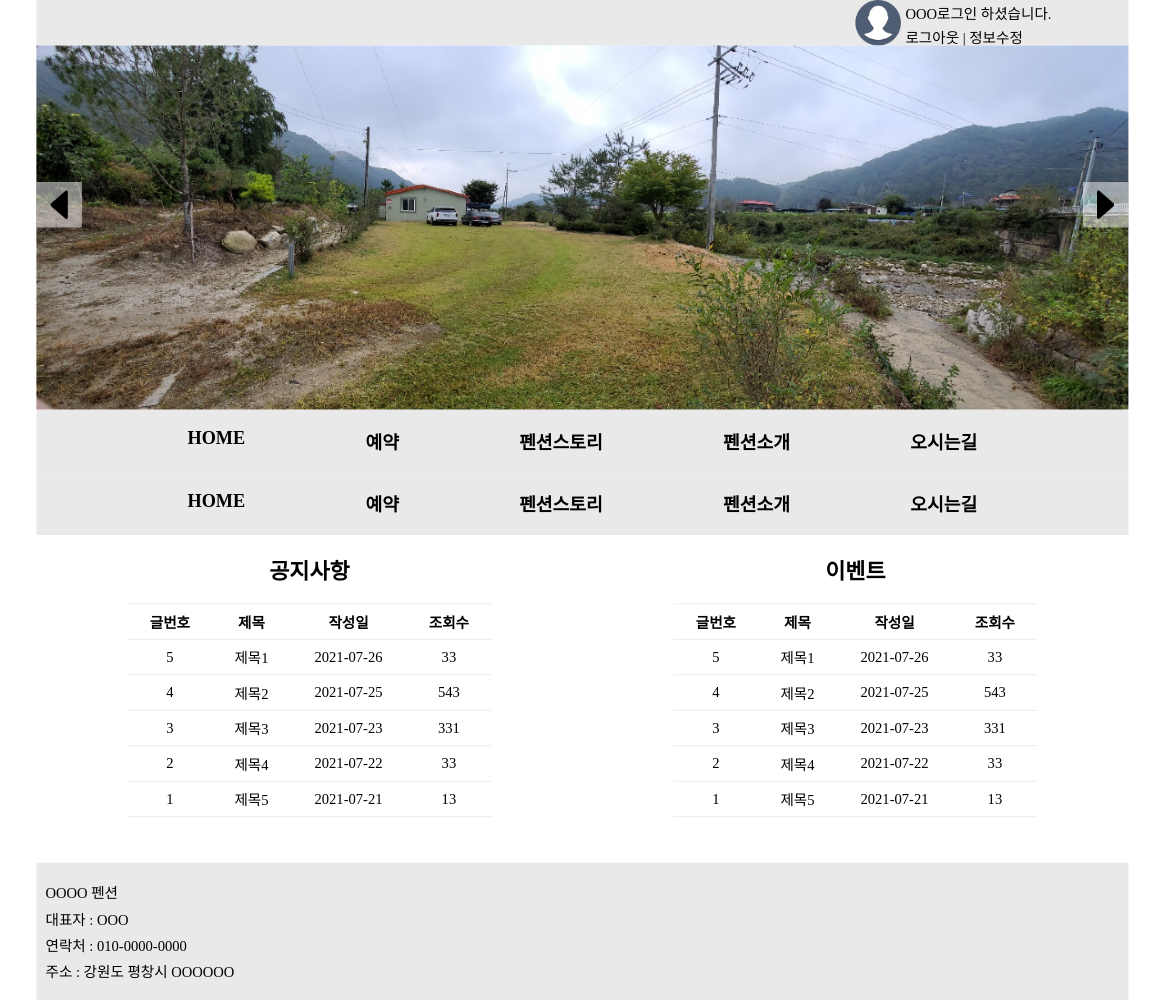
Repository: kuma2458/jsp
Page: http://localhost/step01/08_main.jsp
An editor plug-in stored every save of this project. The page is shown before and after the next save, followed by the edit.
The browser window is 1280 px wide. The pictures show the whole page, at 91% of full size.
The page is served by Tomcat 9.

Above is the page before, as saved 2023-12-21 05:08:06.

After the next save:
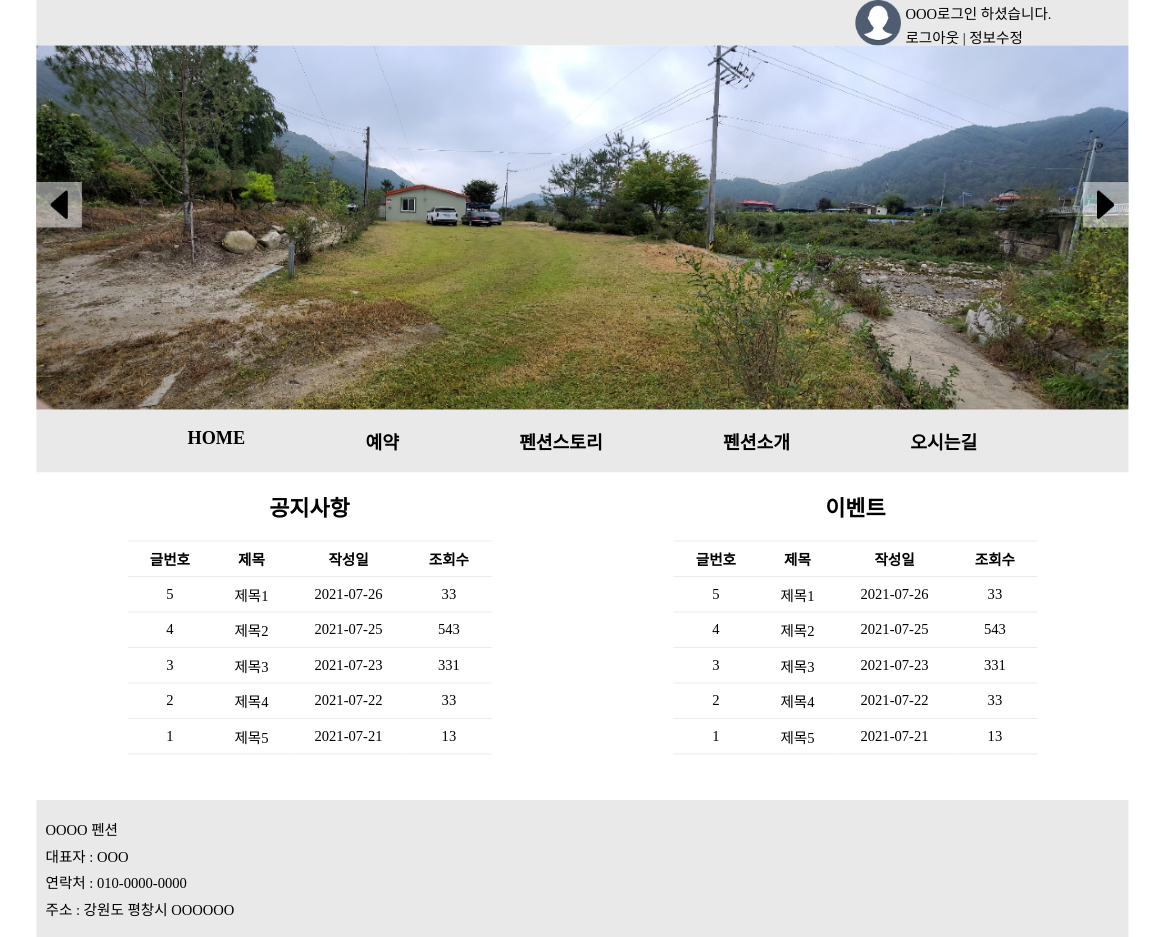
Saved 13 s later.
--- a/step01/src/main/webapp/08_main.jsp
+++ b/step01/src/main/webapp/08_main.jsp
@@ -41,15 +41,6 @@
 <body>
     <div class="flex_container">
 	<jsp:include page="template/pheader.jsp"></jsp:include>
-<nav>
-	<ul>
-		<li><a href="main.jsp">HOME</a></li>
-		<li><a href="sub_page2.jsp">예약</a></li>
-		<li><a href="#">펜션스토리</a></li>
-		<li><a href="#">펜션소개</a></li>
-		<li><a href="sub_page1.jsp">오시는길</a></li>
-	</ul>
-</nav>
         <section>
             <article>
                 <h2>공지사항</h2>
